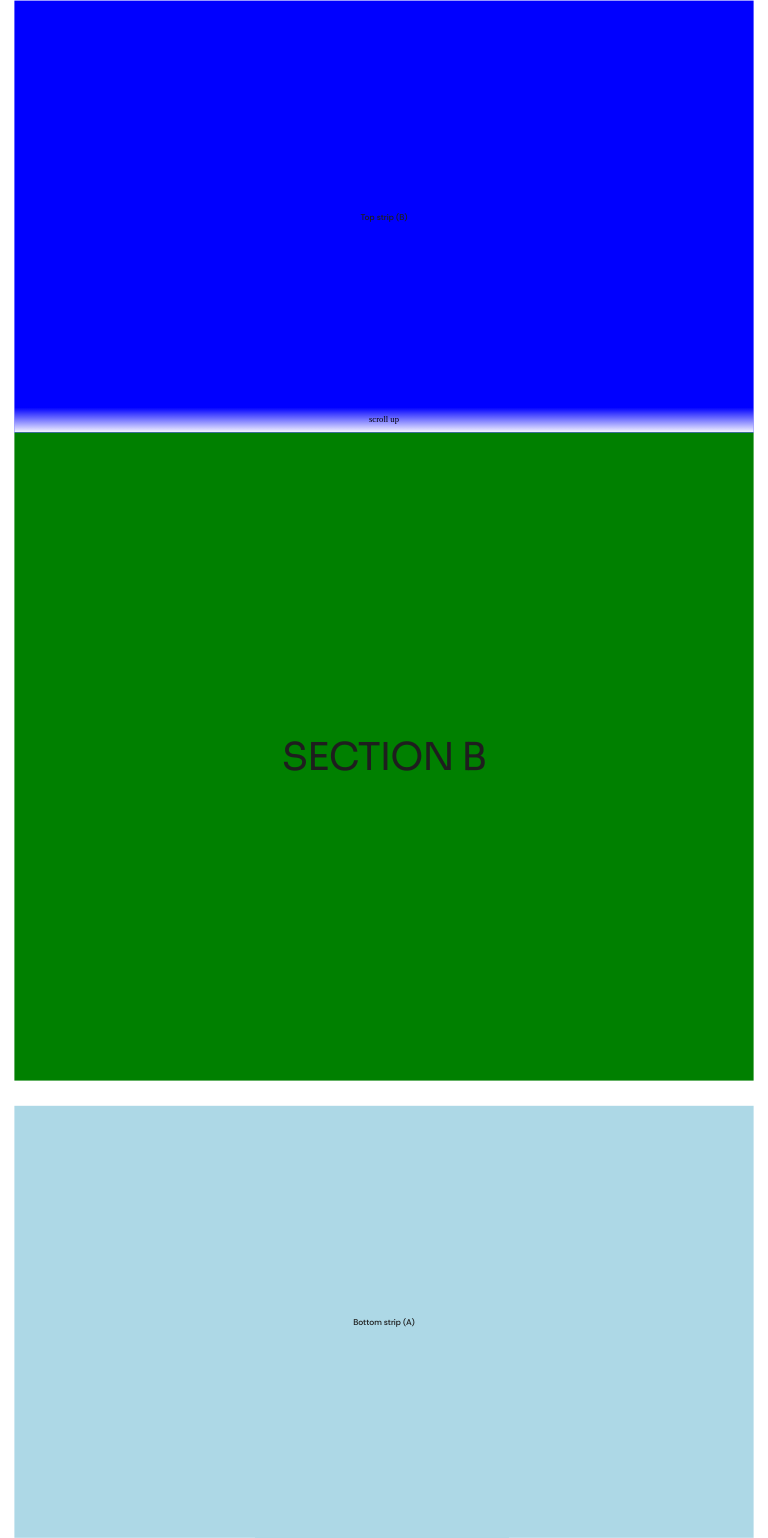
Repository: BwesewB/Offcut
Page: /
An editor plug-in stored every save of this project. The page is shown before and after the next save, followed by the edit.
The browser window is 1280 px wide. The pictures show the whole page, at 60% of full size.
The project was rebuilt for these pictures with package versions that can differ from the ones it lists, and the page was loaded fresh each time. The framework's server and built-in components were replaced by stand-ins that run in the browser. Also part of the build but not shown: next.config.mjs, app/styles/page.module.css, app/components/molecules/mediaBlock/MediaBlock.module.css, app/components/molecules/mediaBlock/MediaBlock.jsx, app/components/molecules/twoColumn/TwoColumn.module.css, app/components/molecules/twoColumn/TwoColumn.js, app/components/molecules/gridLayout/GridLayout.module.css, app/components/molecules/gridLayout/GridLayout.js.

Above is the page before, as saved 2025-09-19 22:29:41.

### app/layout.js
import "./styles/globals.css";

export const metadata = {
  title: "Offcut",
  description: "Computer Generated by sebfok",
  icons:"/icons/RocksLogoRound.svg"
};

export default function RootLayout({ children }) {
  return (
    <html lang="en">
      <body suppressHydrationWarning={true}>
        {children}
      </body>
    </html>
  );
}

### app/page.js
import styles from "./styles/page.module.css";
import Image from "next/image";
import rock1 from "/public/images/LandscapeRock1.png"
import rock2vert from "/public/images/Rock3-2.png"
import rock2vert2 from "/public/images/Rock3-3.png"
import rock3vert1 from "/public/images/Rock4-3.png"
import rock3vert2 from "/public/images/Rock4-2.png"
import rock3 from "/public/images/LandscapeRock3-1.webp"
import MediaBlock from "./components/molecules/mediaBlock/MediaBlock";
import TwoColumn from "./components/molecules/twoColumn/TwoColumn";
import GridLayout from "./components/molecules/gridLayout/gridLayout";
import ScrollCycle from "./components/atoms/scrollcycle/ScrollCycle";

export default function Home() {
  return (
    <>
    <ScrollCycle
      sectionA={
        <section style={{ minHeight: '150svh', display: 'grid', placeItems: 'center', backgroundColor: 'red' }}>
          <h1>Section A</h1>
        </section>
      }
      sectionB={
        <section style={{ minHeight: '150svh', display: 'grid', placeItems: 'center', backgroundColor: 'green'}}>
          <h1>Section B</h1>
        </section>
      }
      bottomStripA={
        <div style={{ height: '100%', display: 'grid', placeItems: 'center', backgroundColor: 'lightBlue'}}>
          <p>Bottom strip (A)</p>
        </div>
      }
      topStripB={
        <div style={{ height: '100%', display: 'grid', placeItems: 'center', backgroundColor: 'blue'}}>
          <p>Top strip (B)</p>
        </div>
      }
      // prompt="scroll up"
    />

      {/* <main className="pageLayout">
        <div className={styles.heroContainer}>
          <h1 className={styles.title}>Offcut</h1>
          <MediaBlock image={rock1} alt="A stone on a white background" fit="height"/>
        </div>



        <TwoColumn
          left={
            <TwoColumn
              left={
                <div>
                  <p>
                    Offcut is a collection of computer generated stone shapes, created by Sebastien Fok.
                    Each stone is unique and generated using a combination of algorithms and randomization techniques.
                    The stones are designed to be used as decorative elements in various design projects, such as websites,
                    print materials, and digital art. The collection is constantly growing, with new stones being added regularly.
                  </p>
                  <MediaBlock image={rock2vert2} alt="A stone on a white background" fit="height"/>
                </div>

              }

            />
          }
          right={
            <MediaBlock image={rock2vert} alt="A stone on a white background"/>
          }
        />
        <GridLayout columns={5} height="300px">
          <div style={{ gridColumn: '1 / 2' }}><MediaBlock image={rock3vert1} alt="A stone on a white background" fit="height"/></div>
          <div style={{ gridColumn: '2 / 3' }}><MediaBlock image={rock3vert2} alt="A stone on a white background" fit="height"/></div>
          <div style={{ gridColumn: '4 / 6' }}><MediaBlock image={rock3} alt="A stone on a white background" fit="height"/></div>
        </GridLayout>
      </main> */}
    </>
  );
}

### app/styles/globals.css
:root {
  --black: #1e1e1e;

  --font-primary: 'Sora', sans-serif;
  --font-secondary: 'Rethink Sans', sans-serif;
  --sidePadding: 24px;
  --gap: 12px;
  --layoutSpacing: 48px;
  --containerHeight: clamp(30vw, 40vw, 50vw);
}

html,
body {
  padding: 0;
  margin: 0;
  max-width: 1920px;
}

body {
  padding-left: var(--sidePadding);
  padding-right: var(--sidePadding);
}

@font-face {
  font-family: 'Sora';
  src: url('/fonts/Sora-Regular.ttf') format('truetype');
  font-weight: 400;
  font-style: normal;
}

@font-face {
  font-family: 'Sora';
  src: url('/fonts/Sora-Medium.ttf') format('truetype');
  font-weight: 500;
  font-style: normal;
}

@font-face {
  font-family: 'Sora';
  src: url('/fonts/Sora-Bold.ttf') format('truetype');
  font-weight: 700;
  font-style: normal;
}

@font-face {
  font-family: 'Rethink Sans';
  src: url('/fonts/RethinkSans-Regular.ttf') format('truetype');
  font-weight: 400;
  font-style: normal;
}

@font-face {
  font-family: 'Rethink Sans';
  src: url('/fonts/RethinkSans-Medium.ttf') format('truetype');
  font-weight: 500;
  font-style: normal;
}

@font-face {
  font-family: 'Rethink Sans';
  src: url('/fonts/RethinkSans-Bold.ttf') format('truetype');
  font-weight: 700;
  font-style: normal;
}

h1, h2, h3, h4, h5, h6 {
  font-family: var(--font-primary);
  color: var(--black);
  font-weight: 400;
}

p {
  font-family: var(--font-secondary);
  font-weight: 500;
  color: var(--black);
  line-height: 1.2;
}

h1 {
  font-size: clamp(3rem, 5vw, 4rem);
  font-weight: 400;
  letter-spacing: clamp(-2px, -0.3vw, -1px);
  text-transform: uppercase;
}

p {
  font-size: 0.875rem;
}

* {
  box-sizing: border-box;
  padding: 0;
  margin: 0;
}

a {
  color: inherit;
  text-decoration: none;
}

.pageLayout {
  display: flex;
  flex-direction: column;
  gap: var(--layoutSpacing);
}

@media (prefers-color-scheme: dark) {

}

### app/components/atoms/scrollcycle/ScrollCycle.jsx
'use client';
import { useEffect, useRef, useState } from 'react';

export default function ScrollCycle({
  sectionA,
  sectionB,
  bottomStripA,
  topStripB,
  prompt = 'scroll up',
}) {
  // which content is on the main stage
  const [main, setMain] = useState('A');            // 'A' | 'B'
  // Top Buffer lock/unlock; TB always rendered, but locked initially
  const [tbUnlocked, setTbUnlocked] = useState(false);
  const [tbHeight, setTbHeight] = useState(0);

  // sentinels & refs
  const topRef = useRef(null);        // 👈 at absolute document top (before TB)
  const bottomRef = useRef(null);     // just above BB
  const topBufferRef = useRef(null);  // TB element (for gate)
  const gateActiveRef = useRef(false);

  // guards
  const lockRef = useRef(false);      // prevents double triggers during swaps
  const enforcingRef = useRef(false); // avoids re-entrant scroll correction
  const bottomObserverRef = useRef(null);
  const topObserverRef = useRef(null);

  // --- helpers ---

  // Pin to an edge when needed (we avoid using this on A->B to prevent the "jump")
  const pinTo = (edge) => {
    requestAnimationFrame(() => {
      requestAnimationFrame(() => {
        if (edge === 'bottom') {
          const h = document.documentElement.scrollHeight || document.body.scrollHeight;
          window.scrollTo({ top: h, behavior: 'auto' });
        } else {
          window.scrollTo({ top: 0, behavior: 'auto' });
        }
        setTimeout(() => { lockRef.current = false; }, 180);
      });
    });
  };

  // While TB is locked, prevent scrolling into it (keep user at >= tbHeight)
  const enforceTbLock = () => {
    if (tbUnlocked || tbHeight <= 0) return;
    const y = window.scrollY || 0;
    if (y < tbHeight && !enforcingRef.current) {
      enforcingRef.current = true;
      window.scrollTo({ top: tbHeight, behavior: 'auto' });
      requestAnimationFrame(() => { enforcingRef.current = false; });
    }
  };

  // After returning to A (with TB visible/unlocked), hide TB once you scroll past it
  // and compensate scroll by tbHeight to avoid a visual jump.
  const activateGate = () => {
    if (gateActiveRef.current) return;
    gateActiveRef.current = true;

    const onScroll = () => {
      const tb = topBufferRef.current;
      if (!tb) return;
      const rect = tb.getBoundingClientRect();
      if (rect.bottom <= 0) {
        // record current Y, remove TB, then compensate by tbHeight so no jump
        const prevY = window.scrollY || 0;
        setTbUnlocked(false); // lock again (TB still rendered, but locked)
        // hide TB by compensating scroll position
        requestAnimationFrame(() => {
          requestAnimationFrame(() => {
            window.scrollTo({ top: Math.max(0, prevY - tbHeight), behavior: 'auto' });
            window.removeEventListener('scroll', onScroll);
            gateActiveRef.current = false;
          });
        });
      }
    };

    window.addEventListener('scroll', onScroll, { passive: true });
  };

  // --- initial setup ---
  useEffect(() => {
    const vh = window.innerHeight || 0;
    setTbHeight(vh);
    // Start at top of MAIN (i.e., just under TB). TB is locked, so you can't scroll into it.
    window.scrollTo({ top: vh, behavior: 'auto' });
  }, []);

  // Enforce TB lock whenever scrolling and TB is locked
  useEffect(() => {
    if (tbUnlocked) return;
    const onScroll = () => enforceTbLock();
    window.addEventListener('scroll', onScroll, { passive: true });
    return () => window.removeEventListener('scroll', onScroll);
  }, [tbUnlocked, tbHeight]);

  // Bottom observer — always armed (no jump now, because we start below TB)
  useEffect(() => {
    const el = bottomRef.current;
    if (!el) return;

    const onHitBottom = (entry) => {
      if (!entry.isIntersecting || lockRef.current) return;
      lockRef.current = true;

      // 🚫 DO NOT pin to bottom here — that was causing the "jump".
      // Just swap main → B and unlock TB so the user can scroll up into it.
      setMain('B');
      setTbUnlocked(true);
      // unlock done; when/if we later need pinning, we let user scroll naturally.
      setTimeout(() => { lockRef.current = false; }, 120);
    };

    const io = new IntersectionObserver(
      (entries) => onHitBottom(entries[0]),
      { root: null, threshold: 1 }
    );

    io.observe(el);
    bottomObserverRef.current = io;
    return () => io.disconnect();
  }, []);

  // Top observer — only meaningful when TB is unlocked (you can reach scrollY === 0)
  useEffect(() => {
    const el = topRef.current;
    if (!el || !tbUnlocked) return;

    const onHitTop = (entry) => {
      if (!entry.isIntersecting || lockRef.current) return;
      lockRef.current = true;

      // Switch back to A. We are already at top; do not scroll programmatically.
      setMain('A');

      // After we're in A with TB unlocked, we start the gate so TB re-locks once you scroll down 100svh.
      requestAnimationFrame(() => activateGate());

      setTimeout(() => { lockRef.current = false; }, 120);
    };

    const io = new IntersectionObserver(
      (entries) => onHitTop(entries[0]),
      { root: null, threshold: 1 }
    );

    io.observe(el);
    topObserverRef.current = io;
    return () => io.disconnect();
  }, [tbUnlocked]);

  // If content swap to B grows/shrinks, we still avoid the bottom jump since we don't call pinTo('bottom').
  // If you want pinning on return to A, you can call pinTo('top') — but it's not required.

  return (
    <main style={styles.page}>
      {/* 👇 Top sentinel must be the very first element to detect true top (scrollY === 0) */}
      <div ref={topRef} style={styles.sentinel} />

      {/* Top Buffer (always present to avoid layout shift). Shows B strip content. */}
      <section ref={topBufferRef} style={{ ...styles.topBuffer, height: tbHeight || '100svh' }}>
        {topStripB}
      </section>

      {/* Main Stage */}
      <section style={styles.mainStage}>
        {main === 'A' ? sectionA : sectionB}
      </section>

      {/* Sticky prompt at visual bottom */}
      <div aria-live="polite" style={styles.prompt}>
        {prompt}
      </div>

      {/* Bottom sentinel (fires at true bottom) */}
      <div ref={bottomRef} style={styles.sentinel} />

      {/* Bottom Buffer — always present; shows A strip */}
      <section style={{ ...styles.bottomBuffer, height: tbHeight || '100svh' }}>
        {bottomStripA}
      </section>
    </main>
  );
}

const styles = {
  page: {
    minHeight: '100svh',
    display: 'flex',
    flexDirection: 'column',
  },
  topBuffer: {
    // fixed 100svh region at top; always in DOM
  },
  bottomBuffer: {
    // fixed 100svh region at bottom; always in DOM
  },
  mainStage: {
    // your content defines its own height
  },
  prompt: {
    position: 'sticky',
    bottom: 0,
    textAlign: 'center',
    padding: '0.75rem 1rem',
    background:
      'linear-gradient(to top, rgba(255,255,255,0.95), rgba(255,255,255,0))',
    fontSize: '0.9rem',
    userSelect: 'none',
  },
  sentinel: { height: 1 },
};

After the next save:
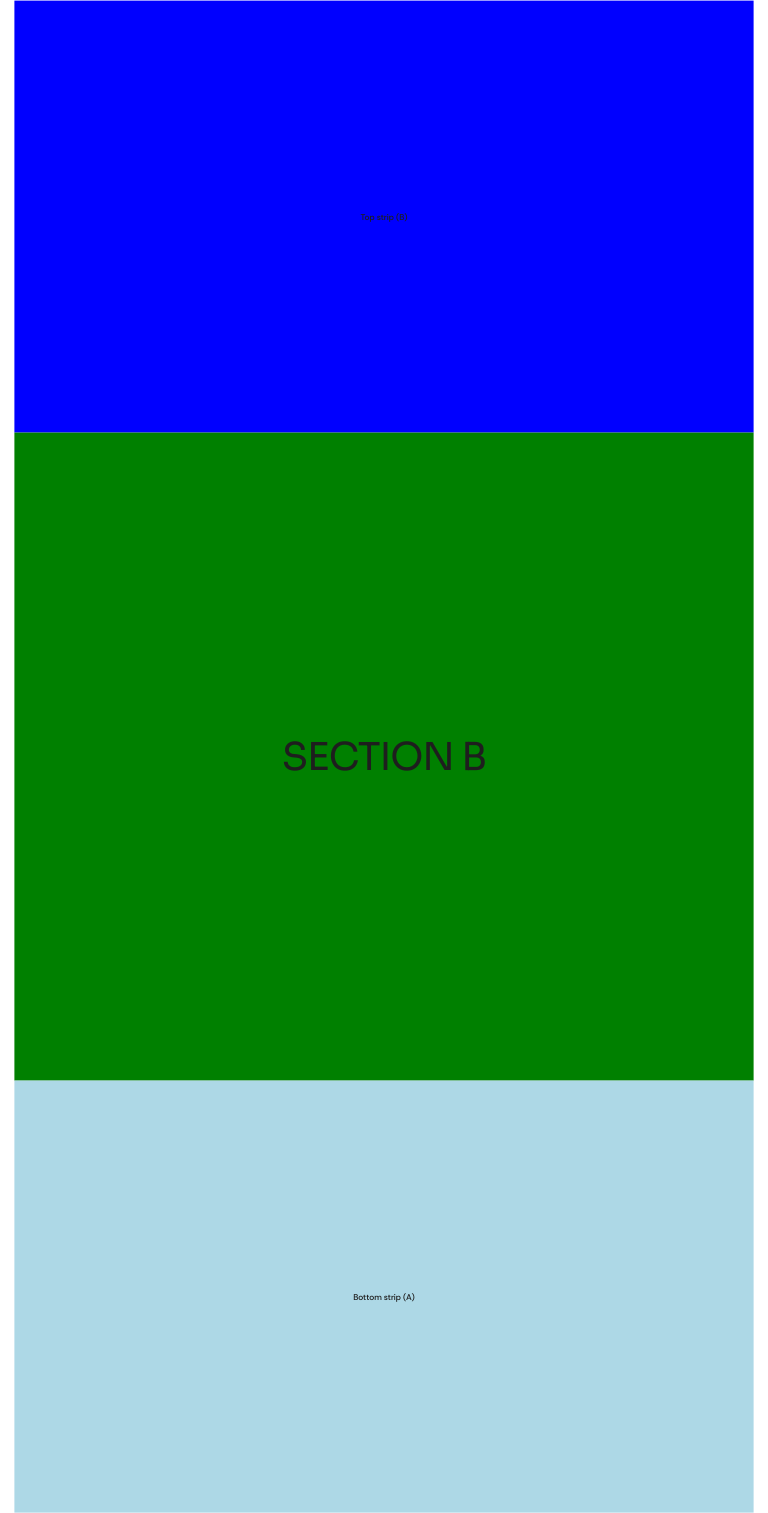
Saved 2 min 42 s later.
--- a/app/components/atoms/scrollcycle/ScrollCycle.jsx
+++ b/app/components/atoms/scrollcycle/ScrollCycle.jsx
@@ -6,29 +6,24 @@
   sectionB,
   bottomStripA,
   topStripB,
-  prompt = 'scroll up',
 }) {
-  // which content is on the main stage
   const [main, setMain] = useState('A');            // 'A' | 'B'
-  // Top Buffer lock/unlock; TB always rendered, but locked initially
   const [tbUnlocked, setTbUnlocked] = useState(false);
   const [tbHeight, setTbHeight] = useState(0);
 
   // sentinels & refs
-  const topRef = useRef(null);        // 👈 at absolute document top (before TB)
-  const bottomRef = useRef(null);     // just above BB
-  const topBufferRef = useRef(null);  // TB element (for gate)
+  const topRef = useRef(null);        // absolute document top (fires at scrollY === 0)
+  const bottomRef = useRef(null);     // 👈 at the very end of the page (after Bottom Buffer)
+  const topBufferRef = useRef(null);  // Top Buffer element (for gate)
   const gateActiveRef = useRef(false);
 
   // guards
-  const lockRef = useRef(false);      // prevents double triggers during swaps
-  const enforcingRef = useRef(false); // avoids re-entrant scroll correction
-  const bottomObserverRef = useRef(null);
-  const topObserverRef = useRef(null);
+  const lockRef = useRef(false);
+  const enforcingRef = useRef(false);
 
   // --- helpers ---
 
-  // Pin to an edge when needed (we avoid using this on A->B to prevent the "jump")
+  // We rarely pin now; leaving the helpers in case you want to re-enable.
   const pinTo = (edge) => {
     requestAnimationFrame(() => {
       requestAnimationFrame(() => {
@@ -43,7 +38,7 @@
     });
   };
 
-  // While TB is locked, prevent scrolling into it (keep user at >= tbHeight)
+  // While TB is locked, keep the user from scrolling into it (stay at ≥ tbHeight)
   const enforceTbLock = () => {
     if (tbUnlocked || tbHeight <= 0) return;
     const y = window.scrollY || 0;
@@ -54,8 +49,8 @@
     }
   };
 
-  // After returning to A (with TB visible/unlocked), hide TB once you scroll past it
-  // and compensate scroll by tbHeight to avoid a visual jump.
+  // After returning to A (with TB visible/unlocked), hide TB once you scroll past it,
+  // compensating the scroll so there’s no visual jump.
   const activateGate = () => {
     if (gateActiveRef.current) return;
     gateActiveRef.current = true;
@@ -65,10 +60,8 @@
       if (!tb) return;
       const rect = tb.getBoundingClientRect();
       if (rect.bottom <= 0) {
-        // record current Y, remove TB, then compensate by tbHeight so no jump
         const prevY = window.scrollY || 0;
-        setTbUnlocked(false); // lock again (TB still rendered, but locked)
-        // hide TB by compensating scroll position
+        setTbUnlocked(false); // lock TB again
         requestAnimationFrame(() => {
           requestAnimationFrame(() => {
             window.scrollTo({ top: Math.max(0, prevY - tbHeight), behavior: 'auto' });
@@ -86,11 +79,11 @@
   useEffect(() => {
     const vh = window.innerHeight || 0;
     setTbHeight(vh);
-    // Start at top of MAIN (i.e., just under TB). TB is locked, so you can't scroll into it.
+    // Start user at the top of MAIN (i.e., just below TB). TB is locked, so you can't enter it.
     window.scrollTo({ top: vh, behavior: 'auto' });
   }, []);
 
-  // Enforce TB lock whenever scrolling and TB is locked
+  // Enforce TB lock whenever scrolling (only when TB is locked)
   useEffect(() => {
     if (tbUnlocked) return;
     const onScroll = () => enforceTbLock();
@@ -98,7 +91,7 @@
     return () => window.removeEventListener('scroll', onScroll);
   }, [tbUnlocked, tbHeight]);
 
-  // Bottom observer — always armed (no jump now, because we start below TB)
+  // Bottom observer — now at the very end of the page (after Bottom Buffer)
   useEffect(() => {
     const el = bottomRef.current;
     if (!el) return;
@@ -107,25 +100,23 @@
       if (!entry.isIntersecting || lockRef.current) return;
       lockRef.current = true;
 
-      // 🚫 DO NOT pin to bottom here — that was causing the "jump".
-      // Just swap main → B and unlock TB so the user can scroll up into it.
+      // Swap A -> B and unlock TB (no programmatic scroll → no jump).
       setMain('B');
       setTbUnlocked(true);
-      // unlock done; when/if we later need pinning, we let user scroll naturally.
+
       setTimeout(() => { lockRef.current = false; }, 120);
     };
 
     const io = new IntersectionObserver(
       (entries) => onHitBottom(entries[0]),
-      { root: null, threshold: 1 }
+      { root: null, threshold: 1 } // true bottom only
     );
 
     io.observe(el);
-    bottomObserverRef.current = io;
     return () => io.disconnect();
   }, []);
 
-  // Top observer — only meaningful when TB is unlocked (you can reach scrollY === 0)
+  // Top observer — only meaningful when TB is unlocked (so you can reach scrollY === 0)
   useEffect(() => {
     const el = topRef.current;
     if (!el || !tbUnlocked) return;
@@ -134,10 +125,9 @@
       if (!entry.isIntersecting || lockRef.current) return;
       lockRef.current = true;
 
-      // Switch back to A. We are already at top; do not scroll programmatically.
+      // Switch back to A (we're already at top; no programmatic scroll needed).
       setMain('A');
-
-      // After we're in A with TB unlocked, we start the gate so TB re-locks once you scroll down 100svh.
+      // Start the gate so TB re-locks once you scroll down ≥ 100svh
       requestAnimationFrame(() => activateGate());
 
       setTimeout(() => { lockRef.current = false; }, 120);
@@ -149,19 +139,15 @@
     );
 
     io.observe(el);
-    topObserverRef.current = io;
     return () => io.disconnect();
   }, [tbUnlocked]);
 
-  // If content swap to B grows/shrinks, we still avoid the bottom jump since we don't call pinTo('bottom').
-  // If you want pinning on return to A, you can call pinTo('top') — but it's not required.
-
   return (
     <main style={styles.page}>
-      {/* 👇 Top sentinel must be the very first element to detect true top (scrollY === 0) */}
+      {/* Top sentinel at absolute top (fires at scrollY === 0) */}
       <div ref={topRef} style={styles.sentinel} />
 
-      {/* Top Buffer (always present to avoid layout shift). Shows B strip content. */}
+      {/* Top Buffer — always present; shows B strip. Initially locked via JS. */}
       <section ref={topBufferRef} style={{ ...styles.topBuffer, height: tbHeight || '100svh' }}>
         {topStripB}
       </section>
@@ -171,18 +157,13 @@
         {main === 'A' ? sectionA : sectionB}
       </section>
 
-      {/* Sticky prompt at visual bottom */}
-      <div aria-live="polite" style={styles.prompt}>
-        {prompt}
-      </div>
-
-      {/* Bottom sentinel (fires at true bottom) */}
-      <div ref={bottomRef} style={styles.sentinel} />
-
       {/* Bottom Buffer — always present; shows A strip */}
       <section style={{ ...styles.bottomBuffer, height: tbHeight || '100svh' }}>
         {bottomStripA}
       </section>
+
+      {/* 👇 Bottom sentinel at the true end of the page (after Bottom Buffer) */}
+      <div ref={bottomRef} style={styles.sentinel} />
     </main>
   );
 }
@@ -202,15 +183,5 @@
   mainStage: {
     // your content defines its own height
   },
-  prompt: {
-    position: 'sticky',
-    bottom: 0,
-    textAlign: 'center',
-    padding: '0.75rem 1rem',
-    background:
-      'linear-gradient(to top, rgba(255,255,255,0.95), rgba(255,255,255,0))',
-    fontSize: '0.9rem',
-    userSelect: 'none',
-  },
   sentinel: { height: 1 },
 };
